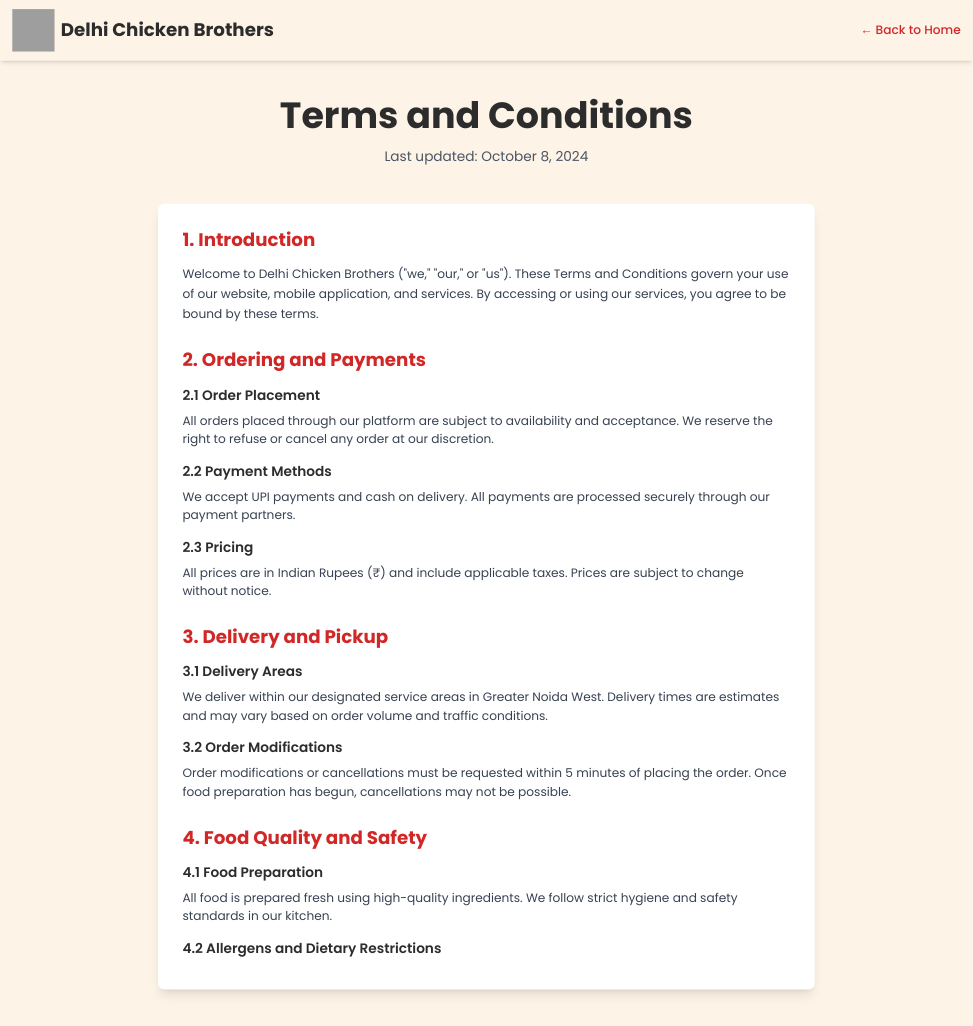
Repository: roydigital/dcb_pos_final
Page: terms-and-conditions.html
These files come from the project's save history. The page is drawn as it stood at one moment and after a run of saves; the edit follows.
The browser window is 1280 px wide. The pictures show the whole page, at 76% of full size.
Pictures or frames that could not be fetched are drawn as grey boxes. Some web libraries are served in a nearby version.

Above is the page before, as saved 2025-10-08 23:38:46.

After the next 2 saves:
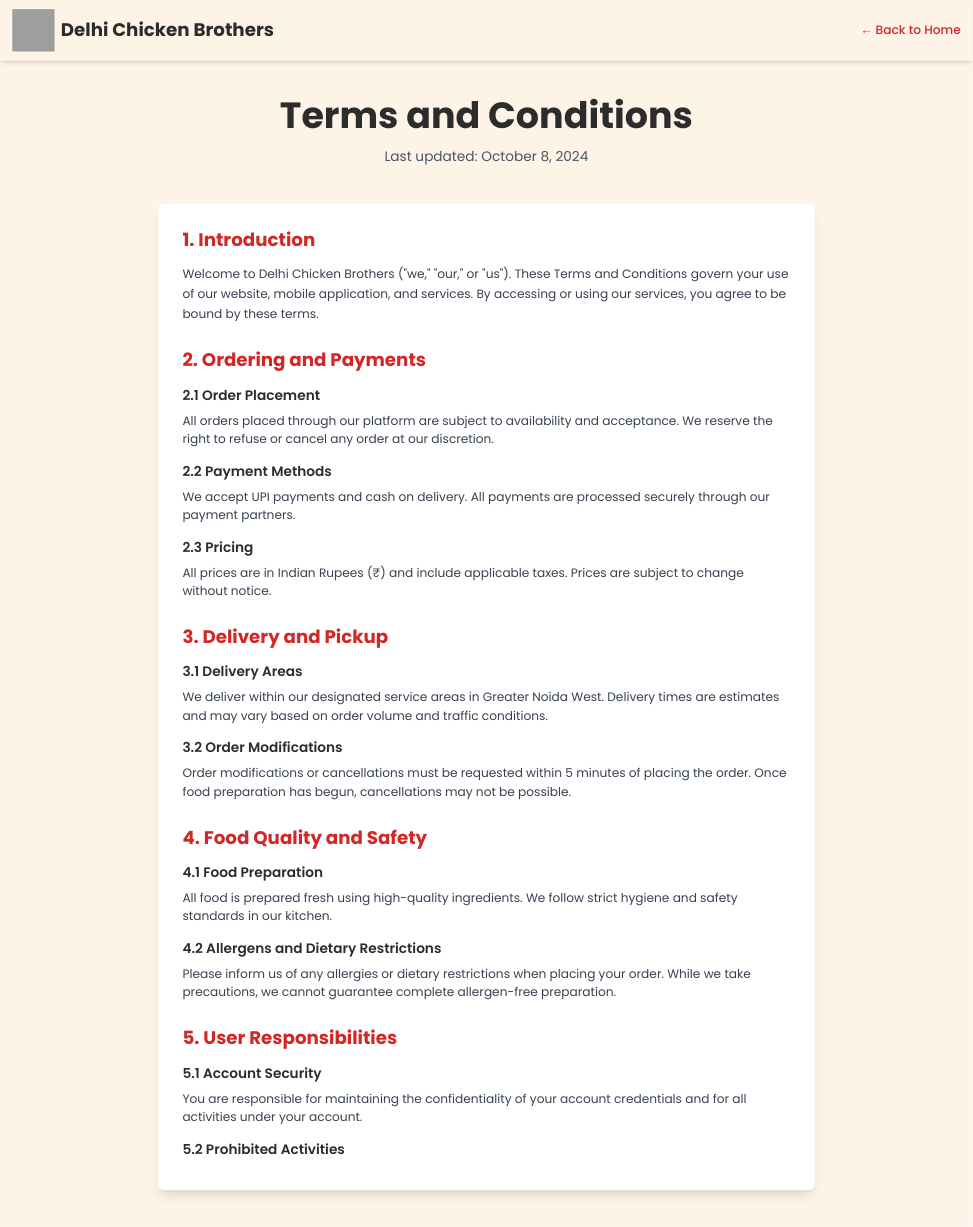
The 2 saves are shown as one change because they came seconds apart.
The last was saved 7 s later.
--- a/terms-and-conditions.html
+++ b/terms-and-conditions.html
@@ -99,3 +99,18 @@
                     </div>
                     <div>
                         <h3 class="text-lg font-semibold mb-2">4.2 Allergens and Dietary Restrictions</h3>
+                        <p class="text-gray-700">Please inform us of any allergies or dietary restrictions when placing your order. While we take precautions, we cannot guarantee complete allergen-free preparation.</p>
+                    </div>
+                </div>
+            </section>
+
+            <!-- User Responsibilities -->
+            <section>
+                <h2 class="text-2xl font-bold mb-4 text-brand-red">5. User Responsibilities</h2>
+                <div class="space-y-4">
+                    <div>
+                        <h3 class="text-lg font-semibold mb-2">5.1 Account Security</h3>
+                        <p class="text-gray-700">You are responsible for maintaining the confidentiality of your account credentials and for all activities under your account.</p>
+                    </div>
+                    <div>
+                        <h3 class="text-lg font-semibold mb-2">5.2 Prohibited Activities</h3>
